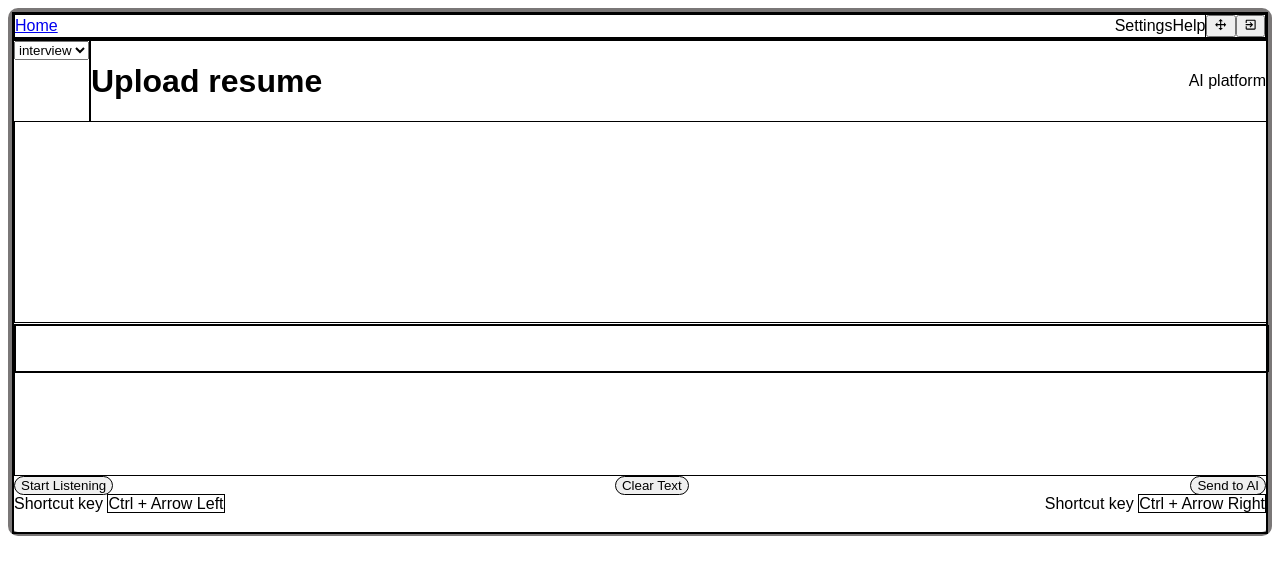
Repository: stevenreas09-coder/ai-assistance
Page: /speech
The author's editor kept a copy of each file at every save. The page is drawn from the files as they stood at one save, then again after the next save.
The browser window is 1280 px wide. The pictures show the whole page.
The project was rebuilt for these pictures with package versions that can differ from the ones it lists, and the page was loaded fresh each time. The framework's server and built-in components were replaced by stand-ins that run in the browser. Also part of the build but not shown: next.config.ts.

Above is the page before, as saved 2025-12-18 19:47:09.

After the next save:
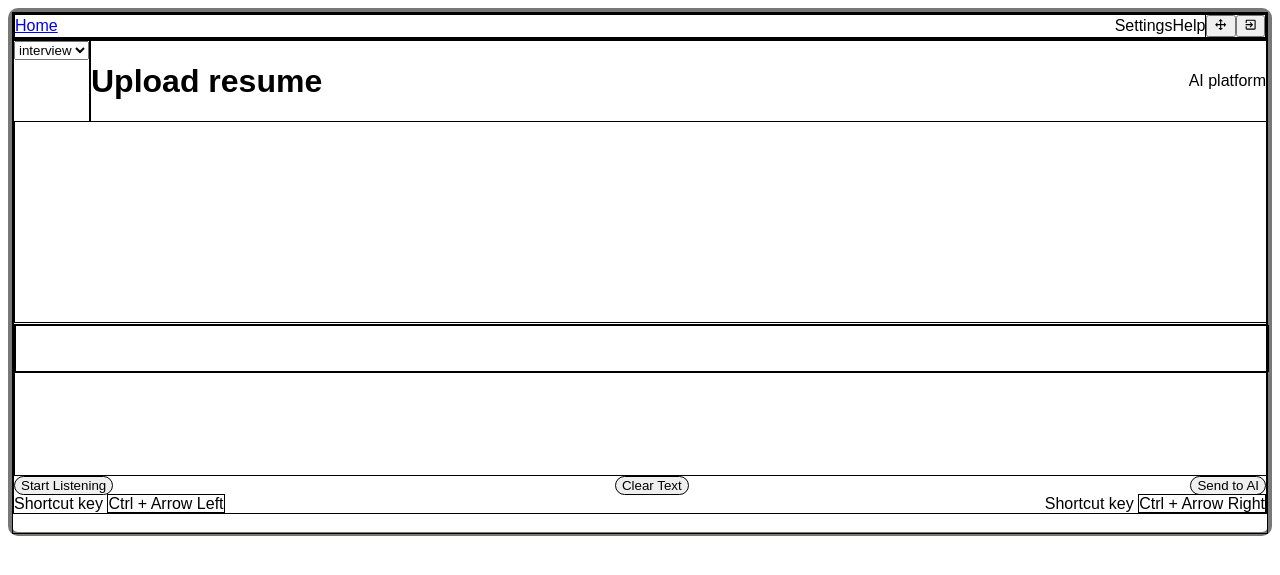
Saved 17 s later.
--- a/app/layout.tsx
+++ b/app/layout.tsx
@@ -42,7 +42,7 @@
               overflow-auto allows the page content to scroll
               WITHOUT moving the HeaderOverlay.
           */}
-          <main className="flex-1 bg-black/60 border border-white/30 box-border rounded-2xl">
+          <main className=" bg-black/60 border border-white/30 box-border rounded-2xl">
             {children}
           </main>
         </div>

After the save that followed:
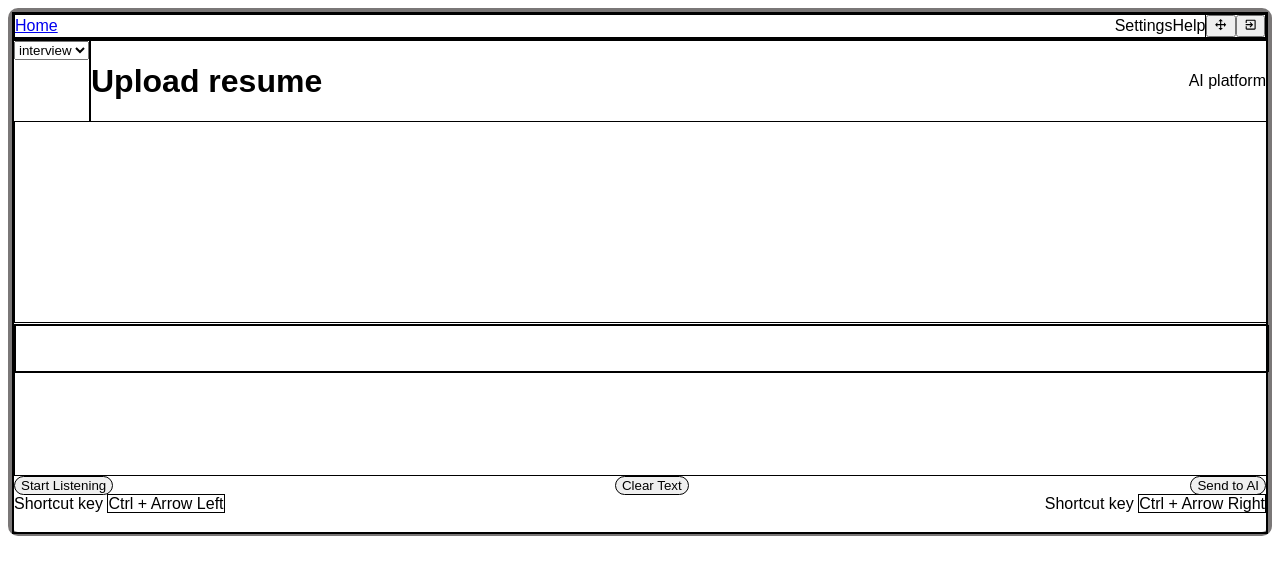
Saved 5 s later.
--- a/app/layout.tsx
+++ b/app/layout.tsx
@@ -42,7 +42,7 @@
               overflow-auto allows the page content to scroll
               WITHOUT moving the HeaderOverlay.
           */}
-          <main className=" bg-black/60 border border-white/30 box-border rounded-2xl">
+          <main className="flex-1 bg-black/60 border border-white/30 box-border rounded-2xl">
             {children}
           </main>
         </div>
